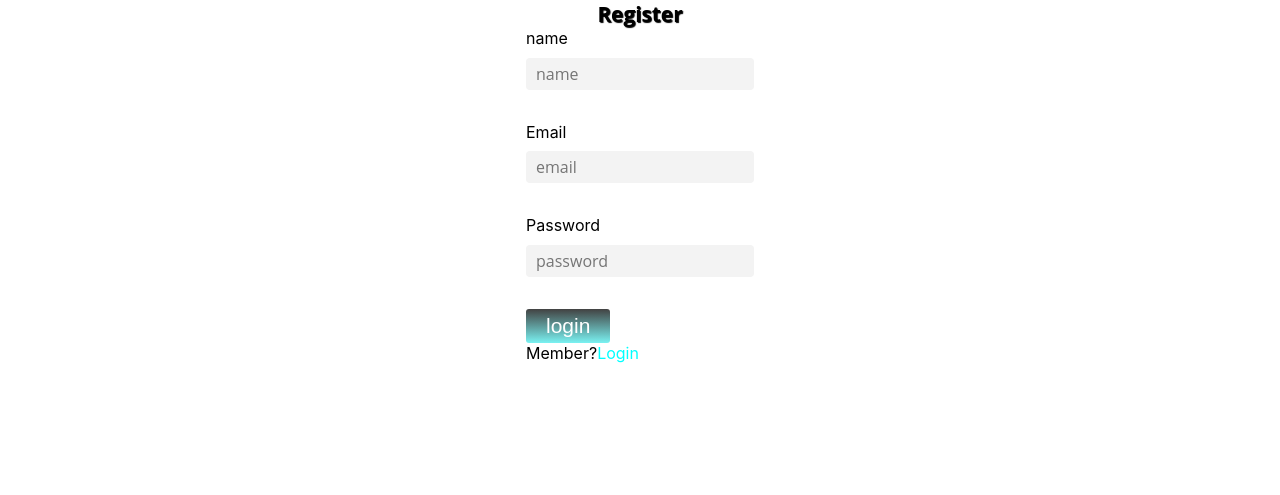
Repository: CSituma/React-Express-Form-Logic
Page: /register (app in client/)
The author's editor kept a copy of each file at every save. The page is drawn from the files as they stood at one save, then again after the next save.
The browser window is 1280 px wide. The pictures show the whole page.
The project was rebuilt for these pictures with package versions that can differ from the ones it lists, and the page was loaded fresh each time. Also part of the build but not shown: client/src/components/login/login.jsx.

Above is the page before, as saved 2020-11-29 17:20:07.

### client/src/App.jsx
import React from 'react'
import Login from "./components/login/login"
import Register from "./components/login/register"

import {BrowserRouter as Router, Switch,Route} from "react-router-dom";

const App =()=> {



    return (
      <Router>
        <Switch>

        <Route path='/' exact component={Login}/>
        <Route path='/register' exact component={Register}/>


       </Switch>
      </Router>
    )

}

export default App;

### client/src/components/login/register.jsx
import React, { Component } from "react";
import "./style.scss";
import axios from "axios";
import {Link} from "react-router-dom"

export default class Register extends Component {
state = {
name:"",
email:"",
password:"",



  }

handleChange = (e) =>{

  this.setState({[e.target.name]:e.target.value})

  }


   submit = (e) =>{
    e.preventDefault();

    const payload = {
       name:this.state.name,
      email:this.state.email,
      password:this.state.password,

    }

  axios({
    url: '/api/login/form',
    method: 'POST',
    data: payload
  })
    .then(()=> {
      console.log('user has been sent to the server')
      this.delete();
    })
    .catch(() => {
      console.log('Internal server error');
    });
  }


  delete = () => {
    this.setState({
      name: '',
      email:'',
      password: '',
    });
  };

  render() {
  console.log(this.state)

    return (
      <div className="form-container">
        <div className="header">Register</div>
        <div className="content">
          <form className="form" onSubmit = {this.submit} >
            <div className="form-group">
              <label htmlFor="name">name</label>
              <input type="text" name="name" value = {this.state.name} onChange={this.handleChange} placeholder="name" />
            </div>
            <div className="form-group">
              <label htmlFor="email">Email</label>
              <input type="email" name="email"placeholder="email" autoComplete="true" value= {this.state.email} onChange={this.handleChange} />
            </div>

            <div className="form-group">
              <label htmlFor="password">Password</label>
              <input type="password" name="password"placeholder="password" autoComplete="true" value= {this.state.password} onChange={this.handleChange} />
            </div>



             <button className="btn">login </button>


          </form>
          <div className="toggler">
            Member?
          <Link to ="./">Login</Link>
          </div>
        </div>



      </div>
    );
    }
}

### client/src/components/login/style.scss
.form-container {
  width:100%;
  display: flex;
  height:400px;
  flex-direction: column;
  align-items: center;
  margin: 0;

  .header {
    font-size: 1.3rem;
    margin-top: 0;
    font-weight:bold;
    text-shadow:1px 1px 1px black;
    font-family: "Open Sans", sans-serif;
  }

  .content {
    display: flex;
    flex-direction: column;

    .image {
      width:150px;
      img {
        max-width: 100%;
      }
    }

    .form {
      align-items: center;
      .form-group {
        display: flex;
        flex-direction: column;
        align-items: flex-start;
        width: fit-content;
        label {
          font-size:1rem;
        }
        input {
          margin-top:0.6rem;
          max-width:20em;
          height:2rem;
          padding: 0px 10px;
          font-size: 1rem;
          font-family: "Open Sans", sans-serif;
          background-color: #f3f3f3;
          border: 0;
          border-radius: 4px;
          margin-bottom:2rem;
          transition: all 250ms ease-in-out;


          &:focus {
            outline: none;
            box-shadow: 0px 0px 12px 0.8px rgba(0, 0, 0, 0.356);
          }
        }
      }
    }
  }

  .footer {
    margin-top:1em;
  }
}

//Button
.btn {
  font-size: 21px;
  margin-top:0;
  padding: 5px 20px;
  border: 0;
  background:linear-gradient(rgba(0, 0, 0, 0.74),rgba(64, 236, 236, 0.698));
  color: #fff;
  border-radius: 3px;
  transition: all 250ms ease-in-out;
  cursor: pointer;
  &:hover {
    transition: 2s;
    background:black;
  }
  &:focus {
    outline: none;
  }
}
.toggler a{
text-decoration: none;
color:aqua;
}

Loaded but not shown: client/public/index.html (common file); client/src/index.js (common file); client/src/index.css (common file); client/src/reportWebVitals.js (common file)

After the next save:
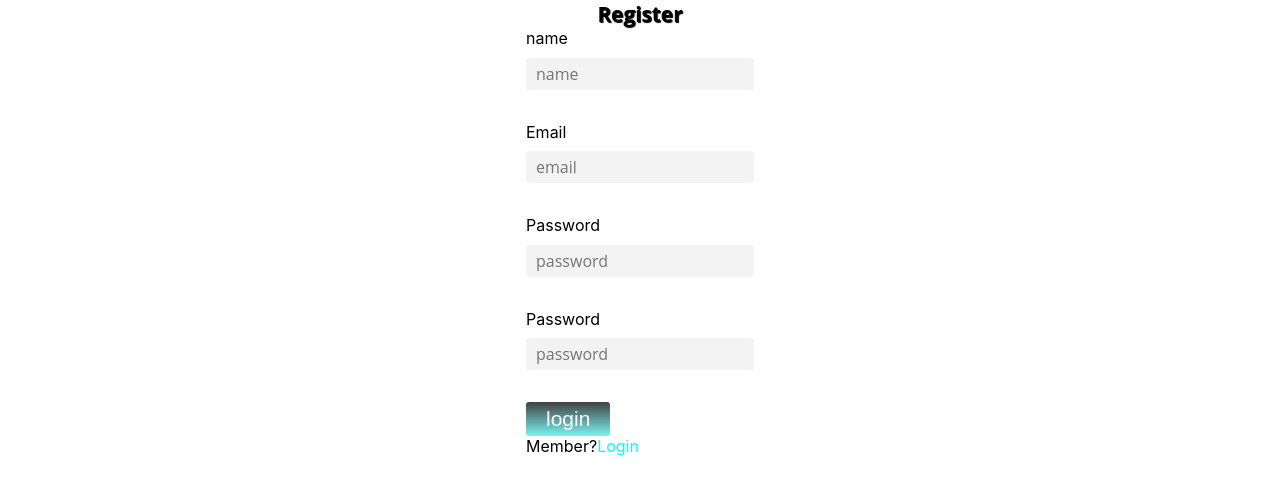
Saved 4 min 8 s later.
--- a/client/src/components/login/register.jsx
+++ b/client/src/components/login/register.jsx
@@ -77,6 +77,14 @@
 
 
 
+
+            <div className="form-group">
+              <label htmlFor="password">Password</label>
+              <input type="password" name="password2"placeholder="password" autoComplete="true" value= {this.state.password} onChange={this.handleChange} />
+            </div>
+
+
+
              <button className="btn">login </button>
 
 

After the save that followed:
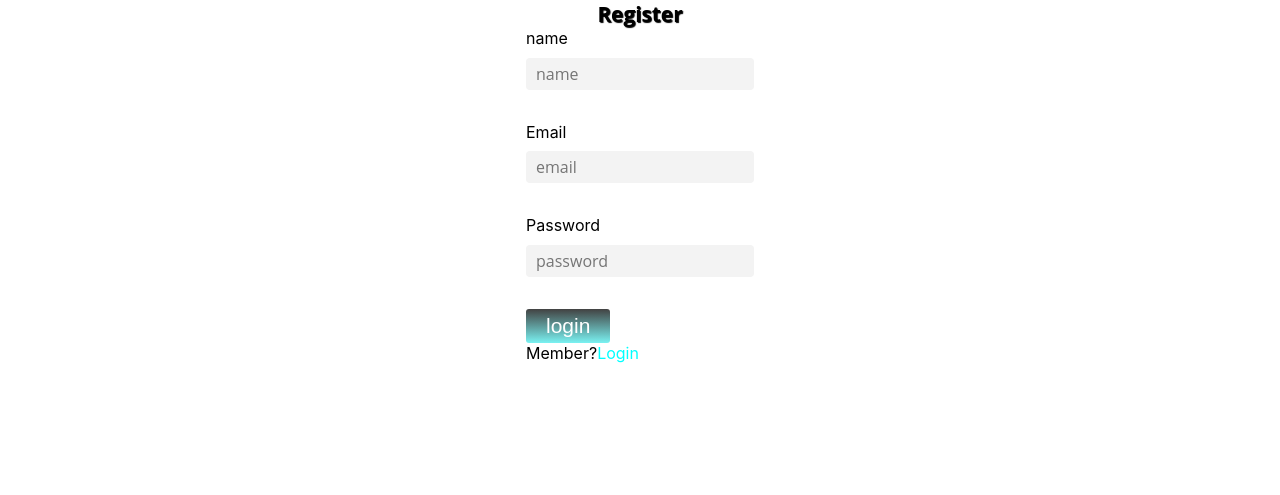
Saved 36 s later.
--- a/client/src/components/login/register.jsx
+++ b/client/src/components/login/register.jsx
@@ -76,15 +76,6 @@
             </div>
 
 
-
-
-            <div className="form-group">
-              <label htmlFor="password">Password</label>
-              <input type="password" name="password2"placeholder="password" autoComplete="true" value= {this.state.password} onChange={this.handleChange} />
-            </div>
-
-
-
              <button className="btn">login </button>
 
 
